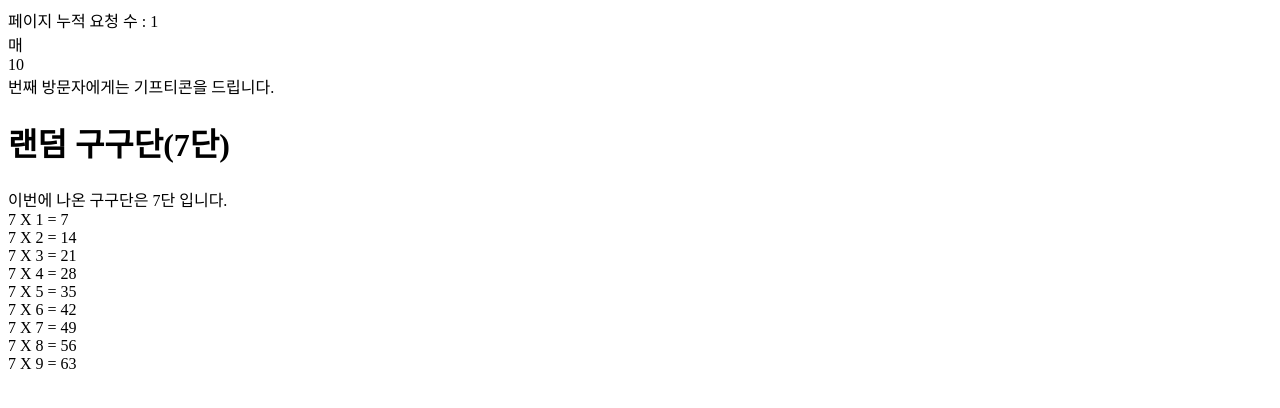
Repository: GITJIWOO/JavaBasic
Page: http://localhost/JSPBasic/Tag_quiz02.jsp
These files come from the project's save history. The page is drawn as it stood at one moment and after the next save; the edit follows.
The browser window is 1280 px wide. The pictures show the whole page.
The page is served by Tomcat 9.

Above is the page before, as saved 2021-07-29 07:54:09.

### JSPBasic/WebContent/Tag_quiz02.jsp
<%@ page language="java" contentType="text/html; charset=UTF-8"
    pageEncoding="UTF-8"%>
<%!
	int total = 0;
%>
<!DOCTYPE html>
<html>
<head>
<meta charset="UTF-8">
<title>Insert title here</title>
</head>
<body>
	<%
		total++;
		out.println("페이지 누적 요청 수 : " + total + "<br/>");
		out.println("매 <br>10</br>번째 방문자에게는 기프티콘을 드립니다.<br/>");
		if(total >= 10){
			out.println("당첨되셧습니다!!<br/>");
		}

		int ranNum = (int)((Math.random() * 8) + 2);

		out.println("<h1>랜덤 구구단(" + ranNum + "단)</h1>");
		out.println("이번에 나온 구구단은 " + ranNum + "단 입니다.<br/>");

		for(int i = ranNum; i == ranNum; i++){
			for(int j = 1; j <= 9; j++){
				out.println(i + " X " + j + " = " + (i * j) + "<br/>");
			}
		}
	%>
</body>
</html>

After the next save:
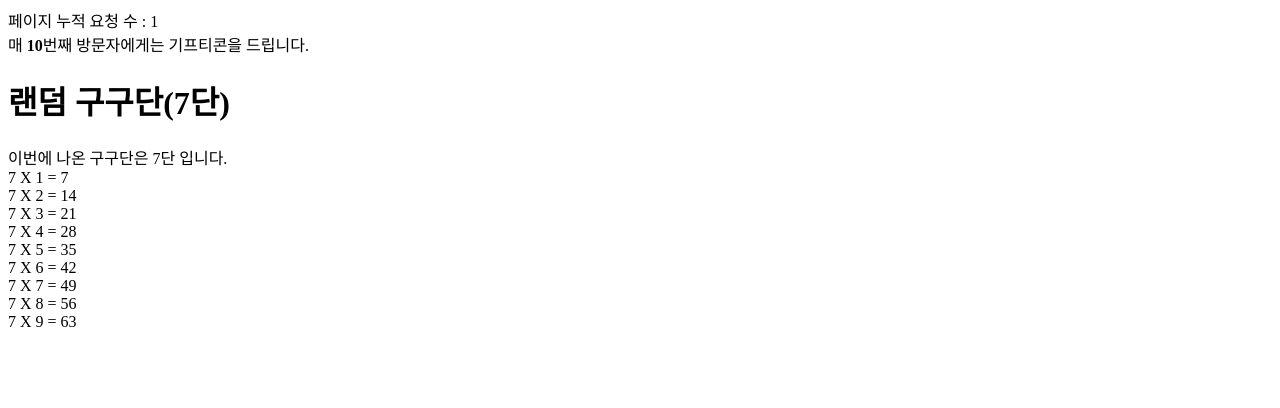
Saved 33 s later.
--- a/JSPBasic/WebContent/Tag_quiz02.jsp
+++ b/JSPBasic/WebContent/Tag_quiz02.jsp
@@ -13,7 +13,7 @@
 	<%
 		total++;
 		out.println("페이지 누적 요청 수 : " + total + "<br/>");
-		out.println("매 <br>10</br>번째 방문자에게는 기프티콘을 드립니다.<br/>");
+		out.println("매 <b>10</b>번째 방문자에게는 기프티콘을 드립니다.<br/>");
 		if(total >= 10){
 			out.println("당첨되셧습니다!!<br/>");
 		}
